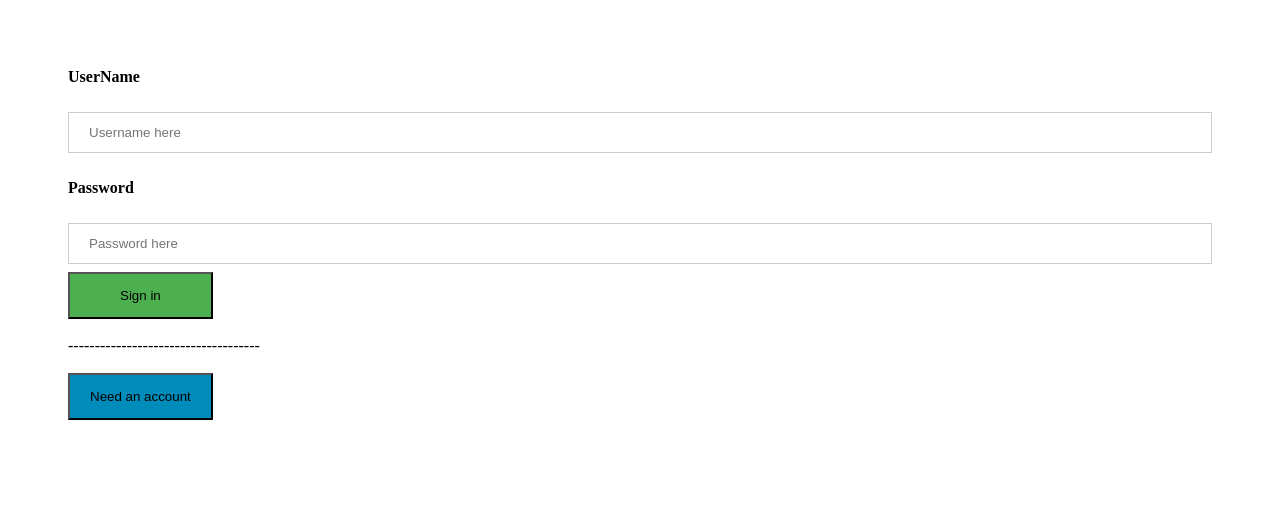
Repository: hamshini/demopro
Page: wippro/Application/WebContent/signin.html
These files come from the project's save history. The page is drawn as it stood at one moment and after the next save; the edit follows.
The browser window is 1280 px wide. The pictures show the whole page.

Above is the page before, as saved 2018-01-06 05:54:38.

### wippro/Application/WebContent/signin.html
<!DOCTYPE html>
<html>
<head>
<meta charset="ISO-8859-1">
<title>Insert title here</title>
</head>
<style>
input[type=text], input[type=password] {
    width: 100%;
    padding: 12px 20px;
    margin: 8px 0;
    display: inline-block;
    border: 1px solid #ccc;
    box-sizing: border-box;
}

.needacc {
	padding: 14px 20px;
	background-color: #008CBA;
}
.container {
    padding: 60px;
}

.signinbtn {
	padding: 14px 50px;
	background-color: #4CAF50;
}
</style>
<body>
	<form>
	 <div class="container">
		<div class="form-group">
			<label><b>UserName</b></label><br>
			<br>
			<input type="text"
				placeholder="Username here" class="form-control" name="user"
				required><br>
				<br>
				 <label><b>Password</b></label> <br>
				<br>
			<input type="password" placeholder="Password here" class="form-control"
				name="pwd" required> <br>
		</div>
		<div class="clearfix">
			<button type="button" class="signinbtn">Sign in</button>

		</div>
		<br>------------------------------------</br> <br>
		<div class="clearfix">
			<button type="button" class="needacc">Need an account</button>

		</div>
		</div>
	</form>
</body>
</html>

After the next save:
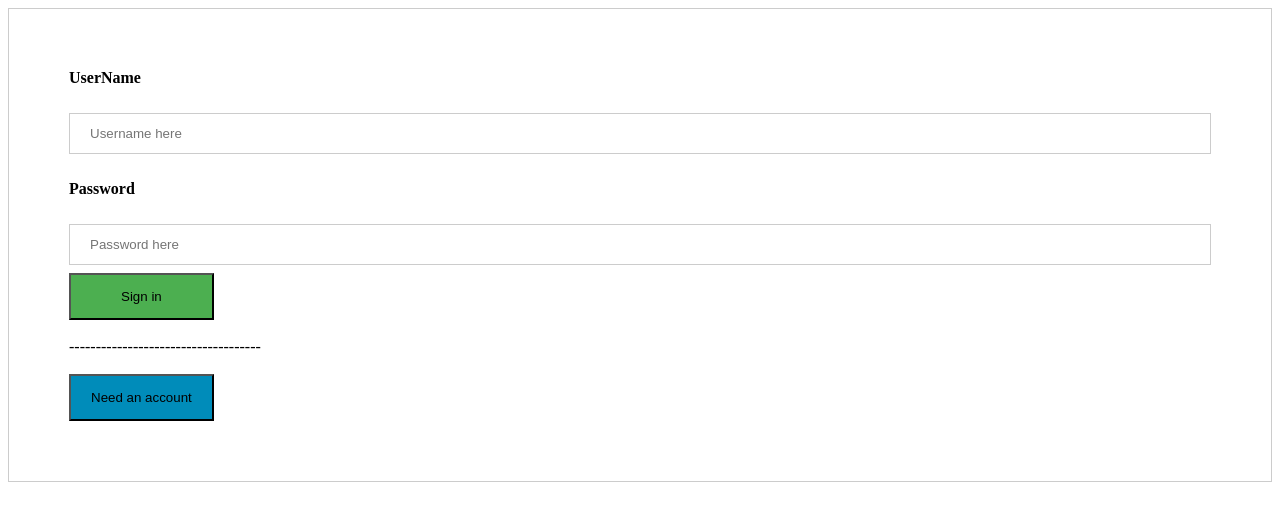
Saved 102 s later.
--- a/wippro/Application/WebContent/signin.html
+++ b/wippro/Application/WebContent/signin.html
@@ -28,7 +28,7 @@ input[type=text], input[type=password] {
 }
 </style>
 <body>
-	<form>
+	<form action="/action_page.php" style="border:1px solid #ccc">
 	 <div class="container">
 		<div class="form-group">
 			<label><b>UserName</b></label><br>
